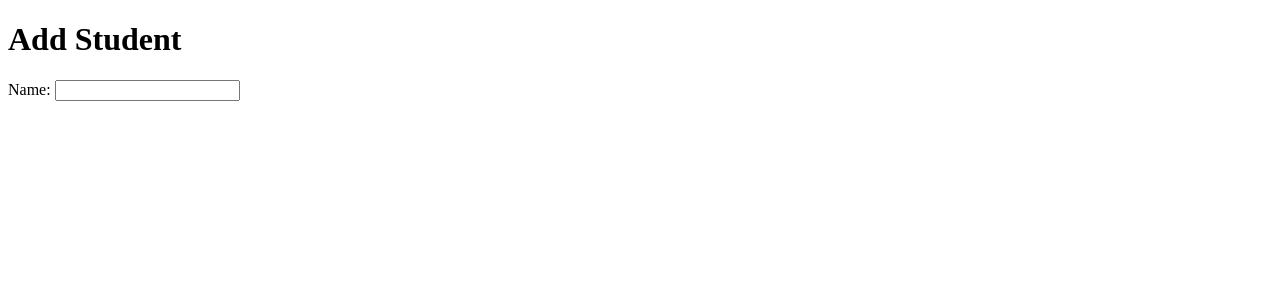
Repository: irvan1702/JavaServletExercise
Page: project5-exercise/SampleServer/WebContent/index.html
These files come from the project's save history. The page is drawn as it stood at one moment and after the next save; the edit follows.
The browser window is 1280 px wide. The pictures show the whole page.

Above is the page before, as saved 2017-04-21 02:29:07.

After the next save:
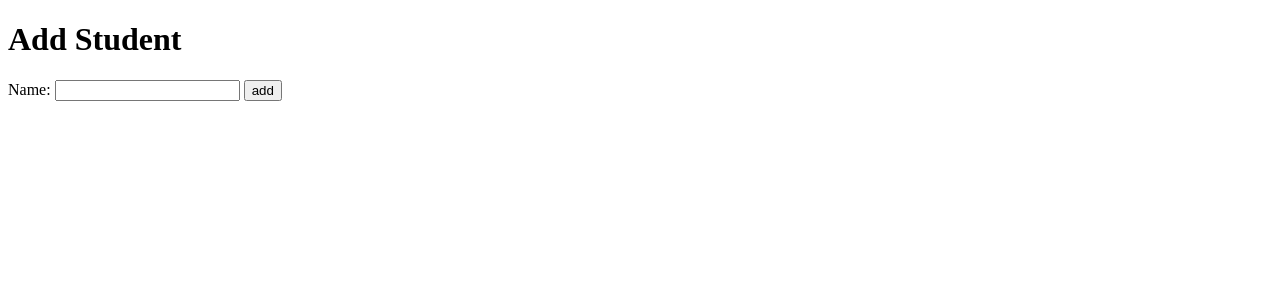
Saved 90 s later.
--- a/project5-exercise/SampleServer/WebContent/index.html
+++ b/project5-exercise/SampleServer/WebContent/index.html
@@ -9,6 +9,7 @@
 	<form action="post">
 		<label>Name:</label>
 		<input type=text></input>
+		<input type=submit value="add"></input>
 	</form>
 </body>
 </html>
